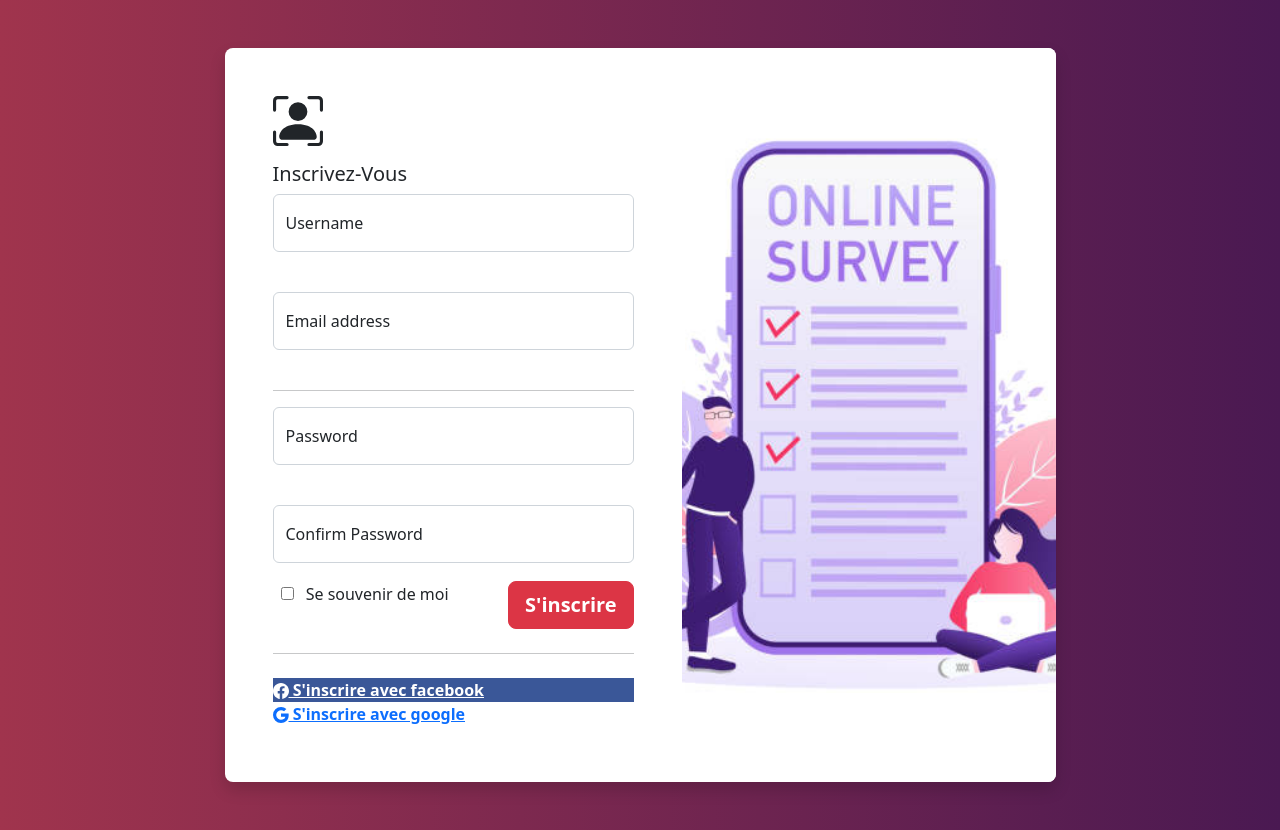
Repository: Djiamil/testsMoustaphaDER
Page: index.html
These files come from the project's save history. The page is drawn as it stood at one moment and after a run of saves; the edit follows.
The browser window is 1280 px wide. The pictures show the whole page.

Above is the page before, as saved 2022-12-09 00:41:33.

After the next 2 saves:
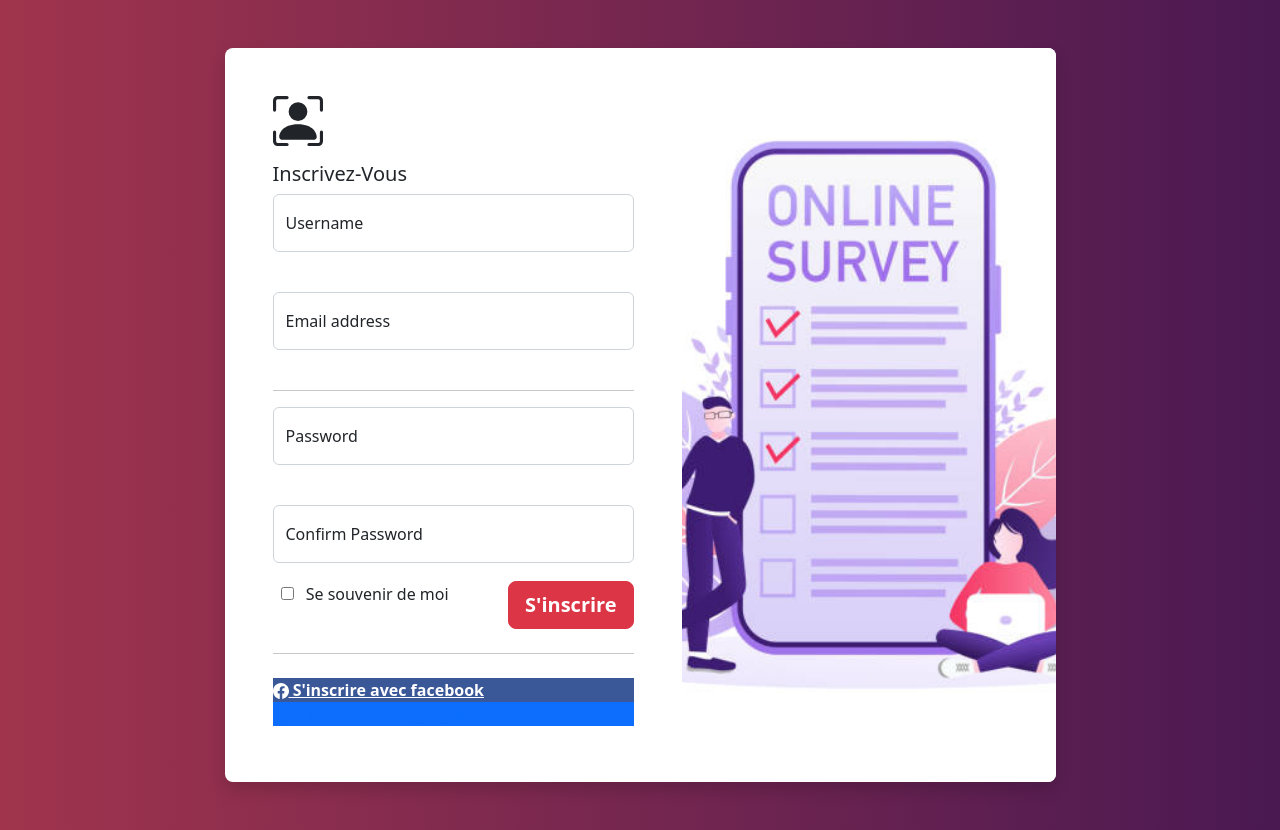
The 2 saves are shown as one change because they came seconds apart.
The last was saved 8 s later.
--- a/index.html
+++ b/index.html
@@ -67,7 +67,7 @@
                         </a>
                     </div>
                     <div class="d-grid mb-2">
-                        <a class="colorprimary fw-bold ">
+                        <a class="bg-primary fw-bold ">
                             <svg xmlns="http://www.w3.org/2000/svg" width="16" height="16" fill="currentColor" class="bi bi-google" viewBox="0 0 16 16">
                                 <path d="M15.545 6.558a9.42 9.42 0 0 1 .139 1.626c0 2.434-.87 4.492-2.384 5.885h.002C11.978 15.292 10.158 16 8 16A8 8 0 1 1 8 0a7.689 7.689 0 0 1 5.352 2.082l-2.284 2.284A4.347 4.347 0 0 0 8 3.166c-2.087 0-3.86 1.408-4.492 3.304a4.792 4.792 0 0 0 0 3.063h.003c.635 1.893 2.405 3.301 4.492 3.301 1.078 0 2.004-.276 2.722-.764h-.003a3.702 3.702 0 0 0 1.599-2.431H8v-3.08h7.545z"/>
                               </svg> S'inscrire avec google

After the 3 saves that followed:
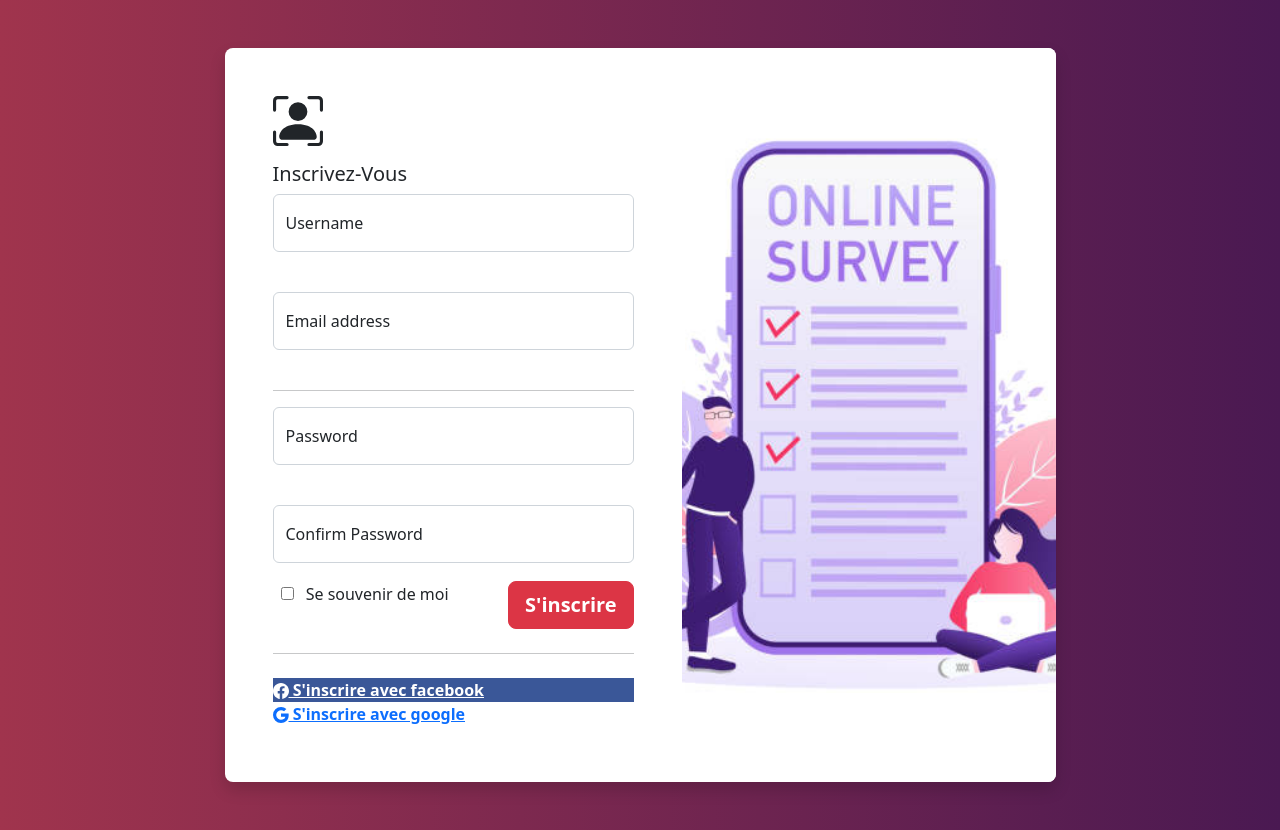
The 3 saves are shown as one change because they came seconds apart.
The last was saved 8 s later.
--- a/index.html
+++ b/index.html
@@ -67,7 +67,7 @@
                         </a>
                     </div>
                     <div class="d-grid mb-2">
-                        <a class="bg-primary fw-bold ">
+                        <a class="color-primary fw-bold ">
                             <svg xmlns="http://www.w3.org/2000/svg" width="16" height="16" fill="currentColor" class="bi bi-google" viewBox="0 0 16 16">
                                 <path d="M15.545 6.558a9.42 9.42 0 0 1 .139 1.626c0 2.434-.87 4.492-2.384 5.885h.002C11.978 15.292 10.158 16 8 16A8 8 0 1 1 8 0a7.689 7.689 0 0 1 5.352 2.082l-2.284 2.284A4.347 4.347 0 0 0 8 3.166c-2.087 0-3.86 1.408-4.492 3.304a4.792 4.792 0 0 0 0 3.063h.003c.635 1.893 2.405 3.301 4.492 3.301 1.078 0 2.004-.276 2.722-.764h-.003a3.702 3.702 0 0 0 1.599-2.431H8v-3.08h7.545z"/>
                               </svg> S'inscrire avec google
